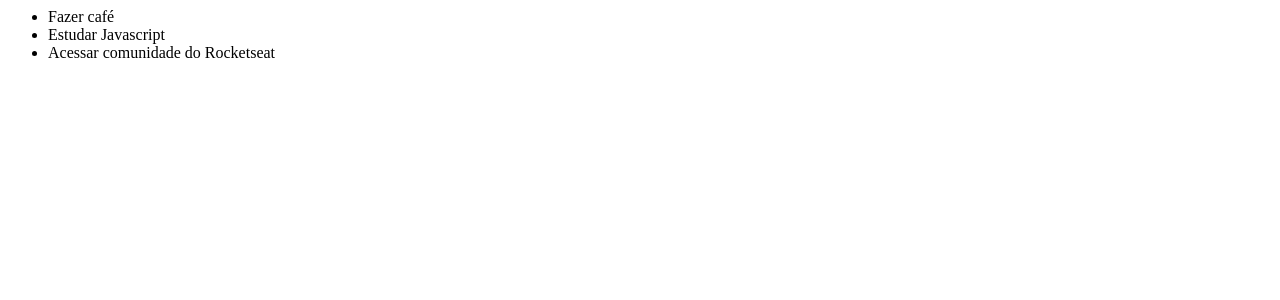
Repository: VictorAugustoBarros/Estudos
Page: javascript/Rocketseat/modulo3/estrutura.html
The author's editor kept a copy of each file at every save. The page is drawn from the files as they stood at one save, then again after the next save.
The browser window is 1280 px wide. The pictures show the whole page.

Above is the page before, as saved 2020-01-22 17:01:48.

### javascript/Rocketseat/modulo3/estrutura.html
<html>
    <head>
        <meta charset="UTF-8">
        <title>Estudo Js</title>
    </head>
    <body>
        <div id="app">
            <ul>
                <li>Fazer café</li>
                <li>Estudar Javascript</li>
                <li>Acessar comunidade do Rocketseat</li>
            </ul>
        </div>
    </body>
</html>

<script>

</script>

After the next save:
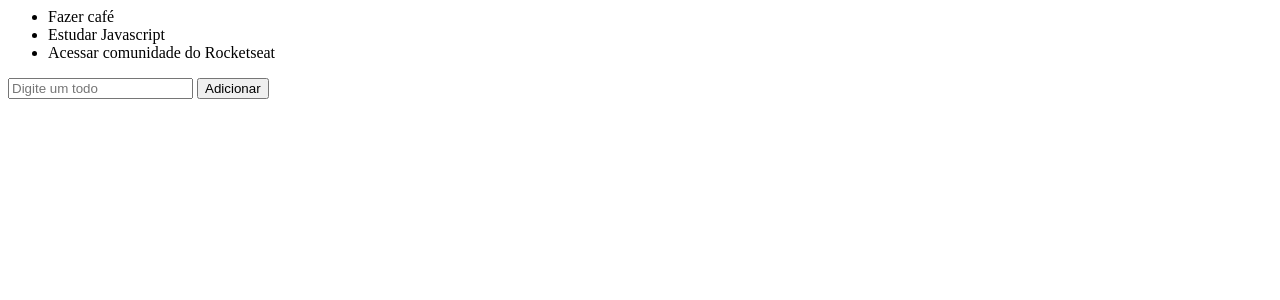
Saved 17 s later.
--- a/javascript/Rocketseat/modulo3/estrutura.html
+++ b/javascript/Rocketseat/modulo3/estrutura.html
@@ -10,6 +10,8 @@
                 <li>Estudar Javascript</li>
                 <li>Acessar comunidade do Rocketseat</li>
             </ul>
+            <input type="text" placeholder="Digite um todo">
+            <button>Adicionar</button>
         </div>
     </body>
 </html>
